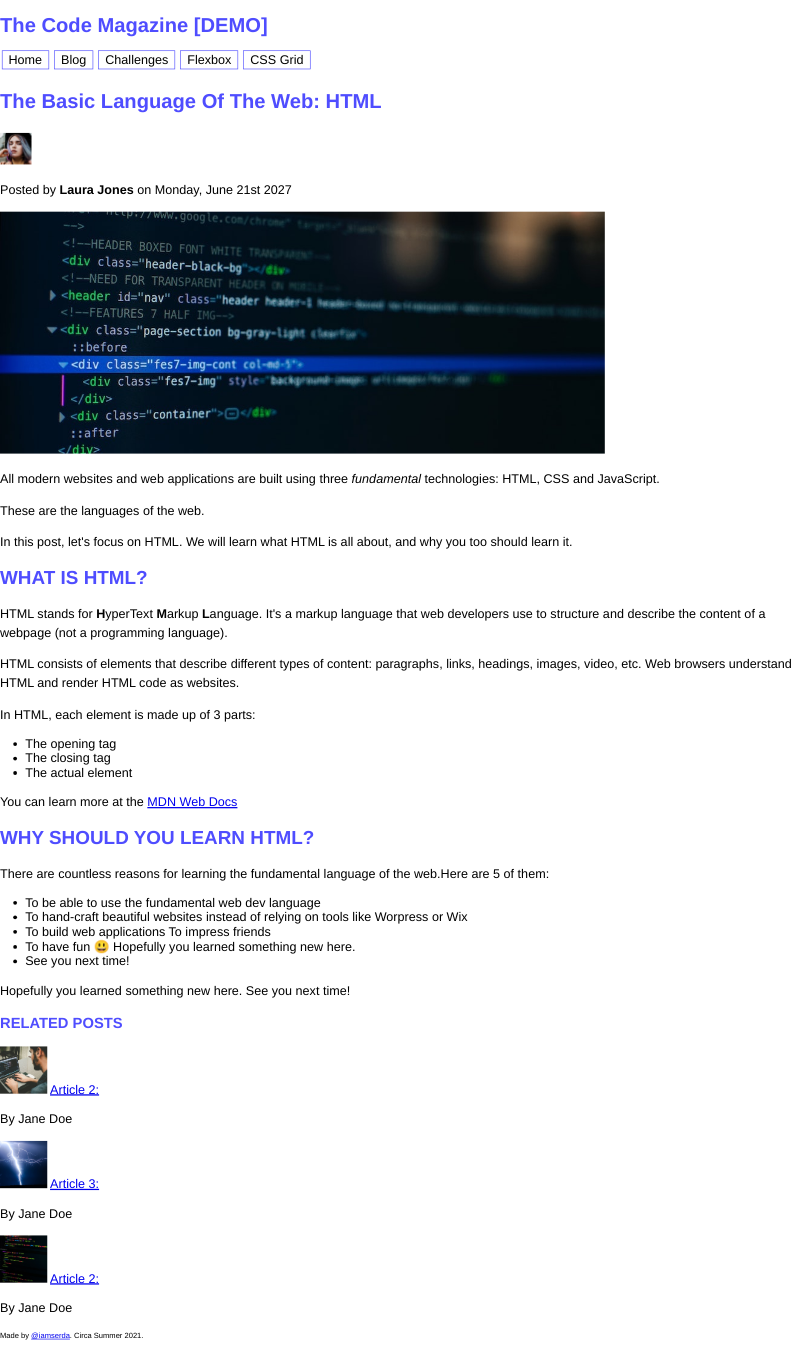
Repository: iamserda/html-css-course
Page: starter/02-HTML-Fundamentals/index.html
These files come from the project's save history. The page is drawn as it stood at one moment and after the next save; the edit follows.
The browser window is 1280 px wide. The pictures show the whole page, at 63% of full size.

Above is the page before, as saved 2021-07-17 15:38:42.

After the next save:
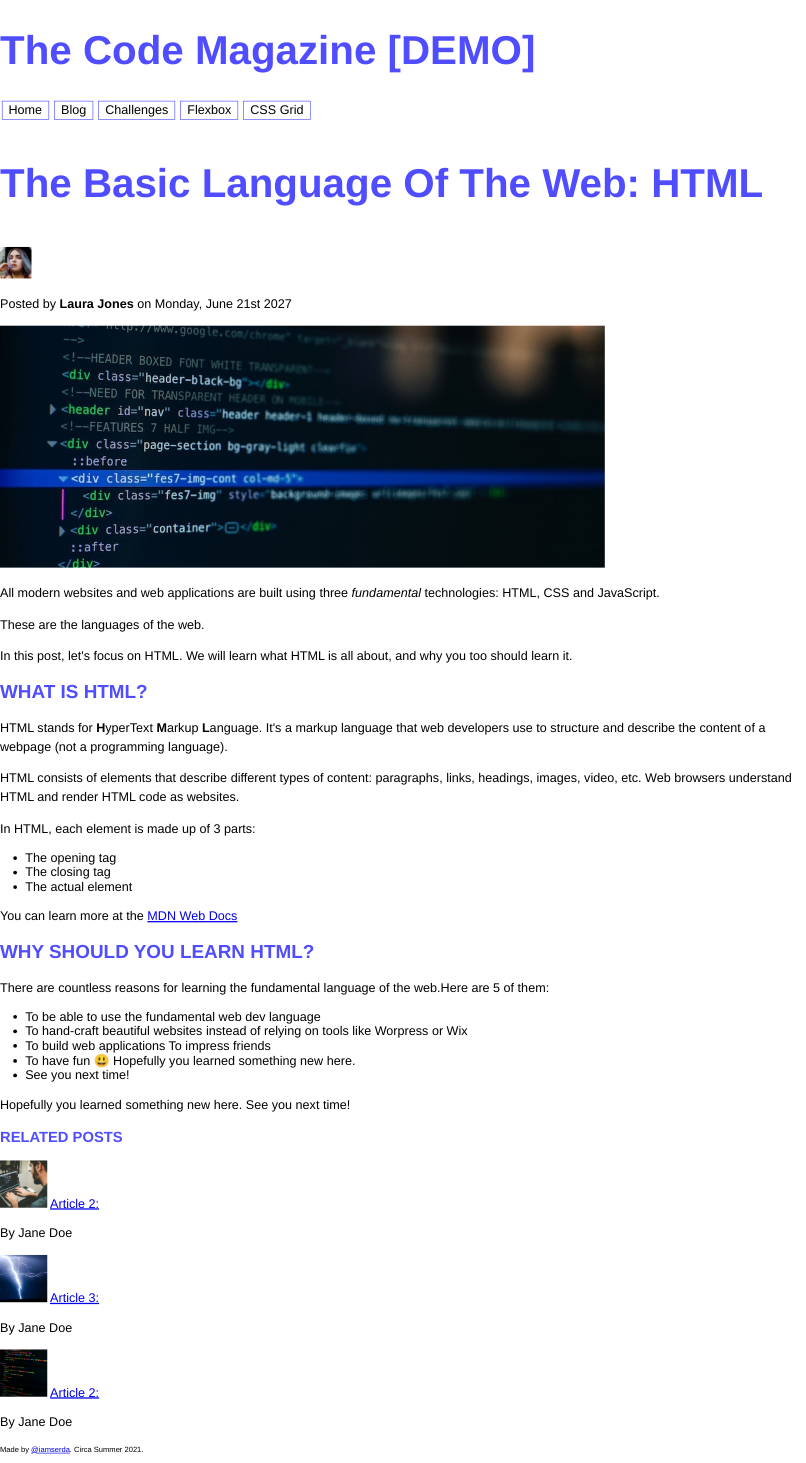
Saved 4 s later.
--- a/starter/02-HTML-Fundamentals/index.css
+++ b/starter/02-HTML-Fundamentals/index.css
@@ -28,7 +28,7 @@ h6 {
 }
 
 header h1 {
-    font-size: 2rem;
+    font-size: 4rem;
     text-transform: capitalize;
 }
 
